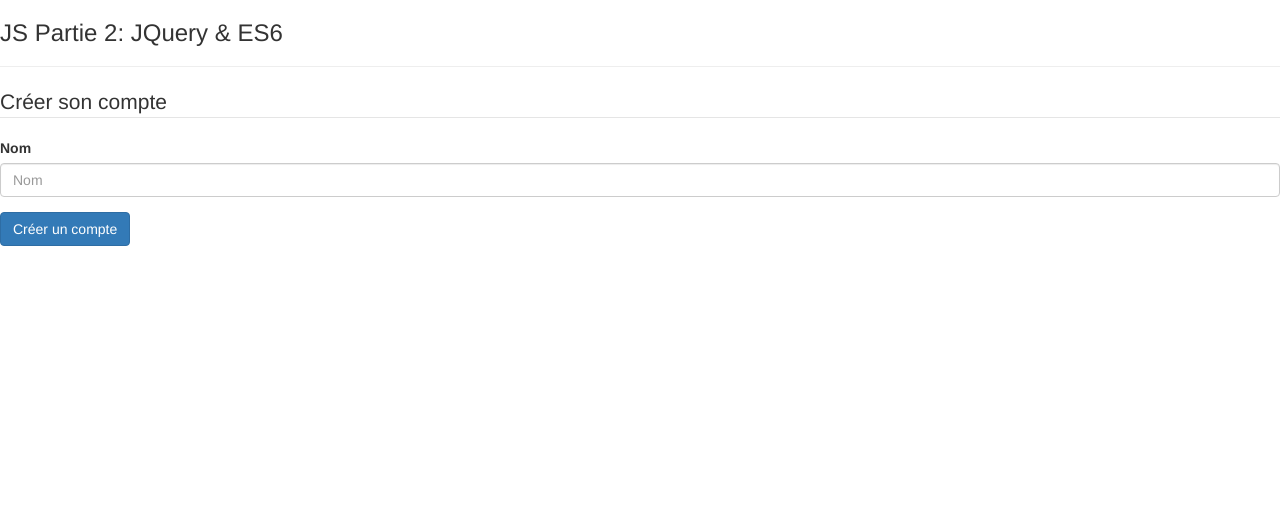
Repository: Symfomany/WildJQueryForm
Page: index.html
An editor plug-in stored every save of this project. The page is shown before and after the next save, followed by the edit.
The browser window is 1280 px wide. The pictures show the whole page.

Above is the page before, as saved 2017-03-06 06:53:36.

### index.html
<!DOCTYPE html>
<html lang="en">

<head>
    <title></title>
    <meta charset="UTF-8">
    <meta name="viewport" content="width=device-width, initial-scale=1">
    <!-- Latest compiled and minified CSS & JS -->
    <link rel="stylesheet" media="screen" href="http://netdna.bootstrapcdn.com/bootstrap/3.3.4/css/bootstrap.min.css">

</head>

<body>

    <h3>JS Partie 2: JQuery & ES6</h3>
    <hr />


    <form action="" method="POST" role="form">
        <legend>Créer son compte</legend>

        <div class="form-group">
            <label for="">Nom</label>
            <input type="text" class="form-control" id="nom" placeholder="Nom">
        </div>


        <button type="submit" class="btn btn-primary">Créer un compte</button>
    </form>



    <script src="http://code.jquery.com/jquery.js"></script>
    <script src="http://netdna.bootstrapcdn.com/bootstrap/3.3.4/js/bootstrap.min.js"></script>

</body>

</html>

After the next save:
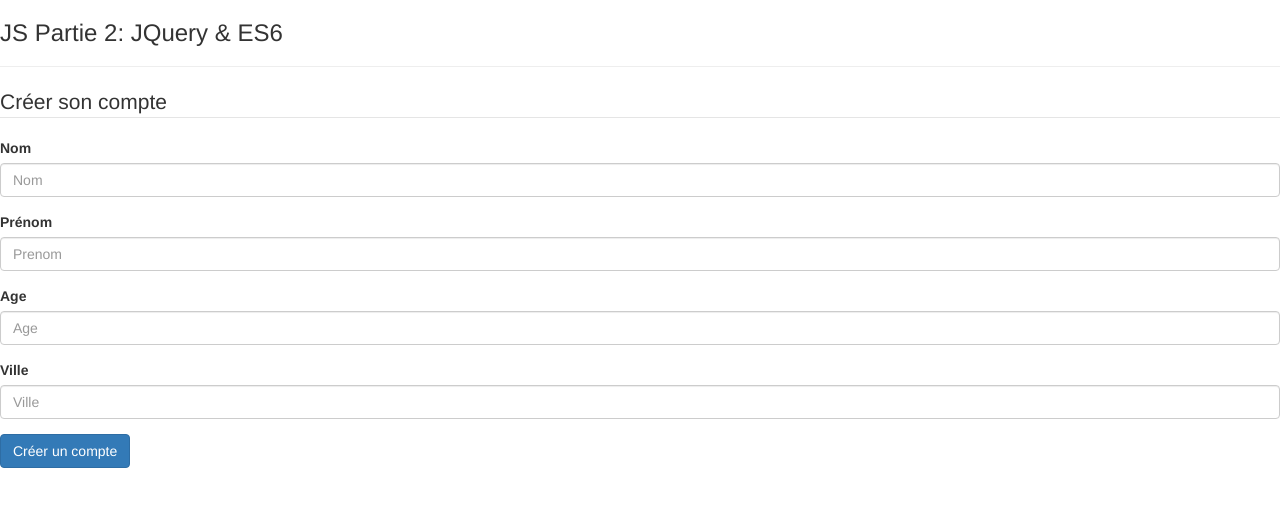
Saved 45 s later.
--- a/index.html
+++ b/index.html
@@ -24,7 +24,20 @@
             <input type="text" class="form-control" id="nom" placeholder="Nom">
         </div>
 
+        <div class="form-group">
+            <label for="">Prénom</label>
+            <input type="text" class="form-control" id="prenom" placeholder="Prenom">
+        </div>
 
+        <div class="form-group">
+            <label for="">Age</label>
+            <input type="text" class="form-control" id="age" placeholder="Age">
+        </div>
+
+        <div class="form-group">
+            <label for="">Ville</label>
+            <input type="text" class="form-control" id="ville" placeholder="Ville">
+        </div>
         <button type="submit" class="btn btn-primary">Créer un compte</button>
     </form>
 
